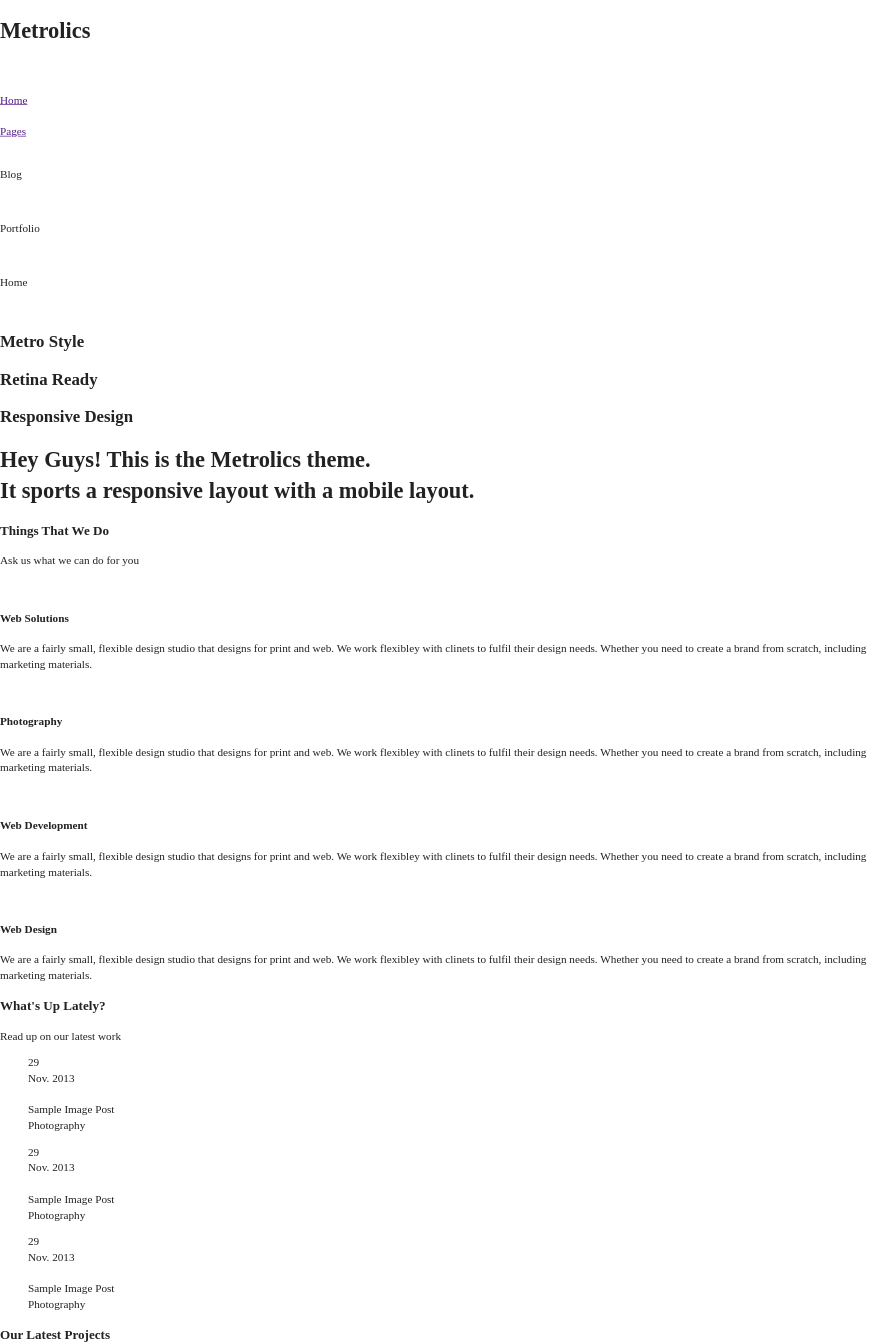
Repository: claudiashin/metrolics
Page: index.html
The author's editor kept a copy of each file at every save. The page is drawn from the files as they stood at one save, then again after a run of saves.
The browser window is 1280 px wide. The pictures show the part of the page from y = 0 to 1920 px (the page is 2953 px tall before and 2921 px after), at 70% of full size.

Above is the page before, as saved 2021-01-27 16:35:53.

After the next 2 saves:
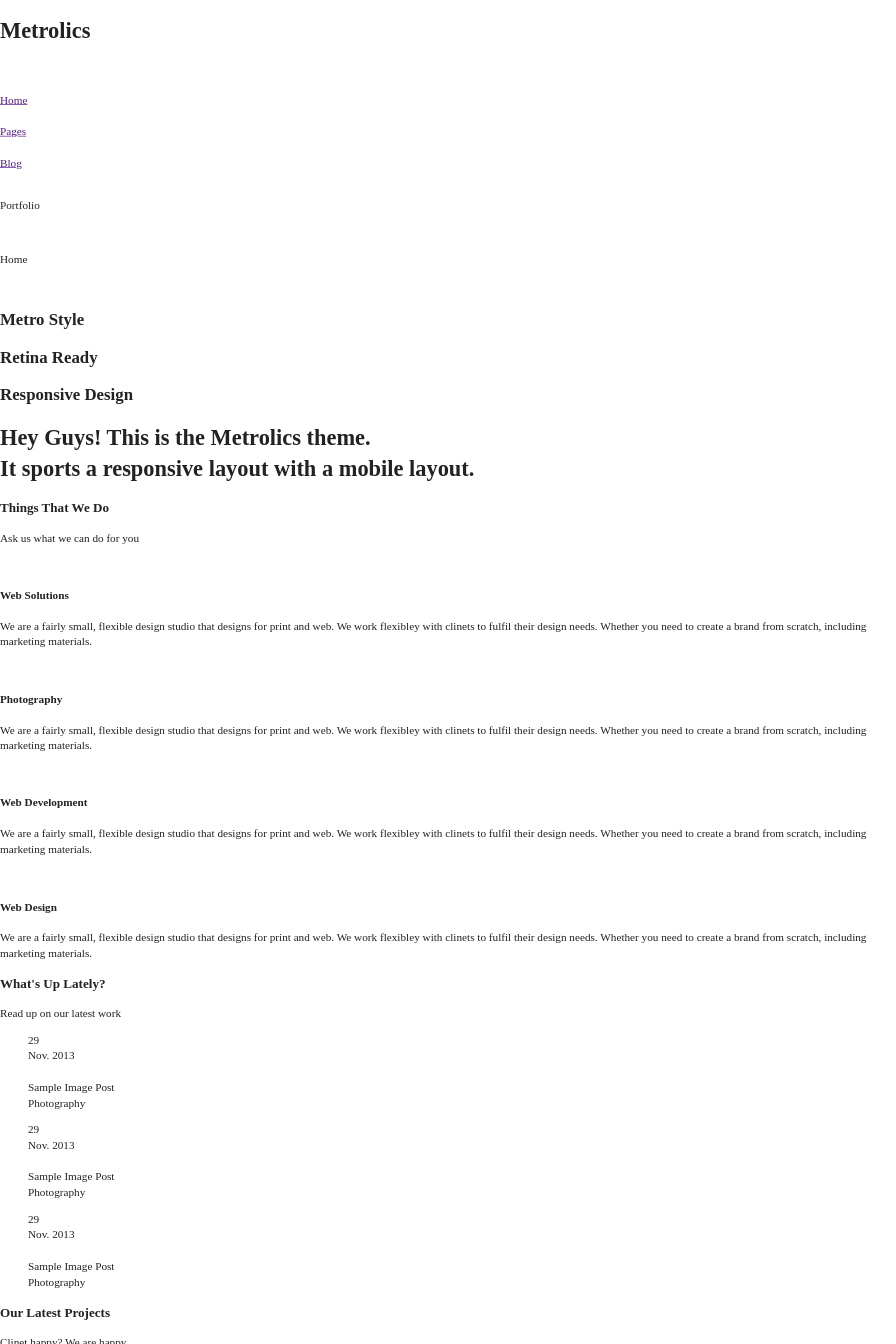
The 2 saves are shown as one change because they came seconds apart.
The last was saved 12 s later.
--- a/index.html
+++ b/index.html
@@ -34,7 +34,7 @@
         <a href="">Pages</a>
       </div><div class="nav_icon">
         <div><img src=""></div>
-        <p>Blog</p>
+        <a href="">Blog</a>
       </div><div class="nav_icon">
         <div><img src=""></div>
         <p>Portfolio</p>
